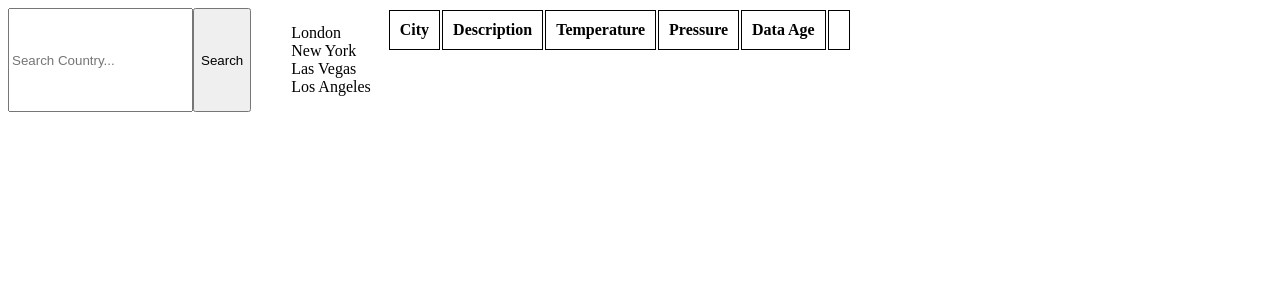
Repository: hey-shubham/WeatherAPI
Page: index.html
These files come from the project's save history. The page is drawn as it stood at one moment and after the next save; the edit follows.
The browser window is 1280 px wide. The pictures show the whole page.

Above is the page before, as saved 2022-03-02 21:50:33.

### index.html
<!DOCTYPE html>
<html>
  <head>
    <title>Weather API</title>
    <link rel="stylesheet" href="./style.css">
  </head>
  <body>
    <input type="text" placeholder="Search Country..."><button>Search</button>
    <ul>
      <li>London</li>
      <li>New York</li>
      <li>Las Vegas</li>
      <li>Los Angeles</li>
    </ul>
    <table>
      <thead>
        <tr>
        <th>City</th>
        <th>Description</th>
        <th>Temperature</th>
        <th>Pressure</th>
        <th>Data Age</th>
        <th></th>
      </tr>
      </thead>
      <tbody></tbody>
    </table>
    <script src="./data.js"></script>
  </body>
</html>

### style.css
body{
    display: flex;
}
table{
    margin-left: 1rem;
}
th,td{
    /* background-color:  red; */
    padding: 10px;
    border: 1px solid black;
}
li{
    list-style: none;
}

### data.js
let url = "https://python3-dot-parul-arena-2.appspot.com/test?cityname=";

const tbody = document.querySelector("tbody");
const table = document.querySelector("table");
const countries = document.querySelectorAll("li");
countries[0].addEventListener("click", () => {
  const newurl = url + "London";
  getData(newurl, "London");
});
countries[1].addEventListener("click", () => {
  const newurl = url + "New York";
  getData(newurl, "New York");
});
countries[2].addEventListener("click", () => {
  const newurl = url + "Las Vegas";
  getData(newurl, "Las Vegas");
});
countries[3].addEventListener("click", () => {
  const newurl = url + "Los Angeles";
  getData(newurl, "Los Angeles");
});

const getData = (newurl, country) => {
  fetch(newurl)
    .then((res) => res.json())
    .then((data) => {
      console.log(data);
      tbody.innerHTML += (
        `<tr>
          <td>${country}</td>
          <td>${data.description}</td>
          <td>${data.temp_in_celsius}</td>
          <td>${data.pressure_in_hPa}</td>
          <td>${data.humidity_in_percent}</td>
          <td onClick="delHandler(this)">Delete</td>
        </tr>`
      );
    });
};

const delHandler= (ref) => {
  let idx = ref.parentNode.rowIndex;
  table.deleteRow(idx);
}

After the next save:
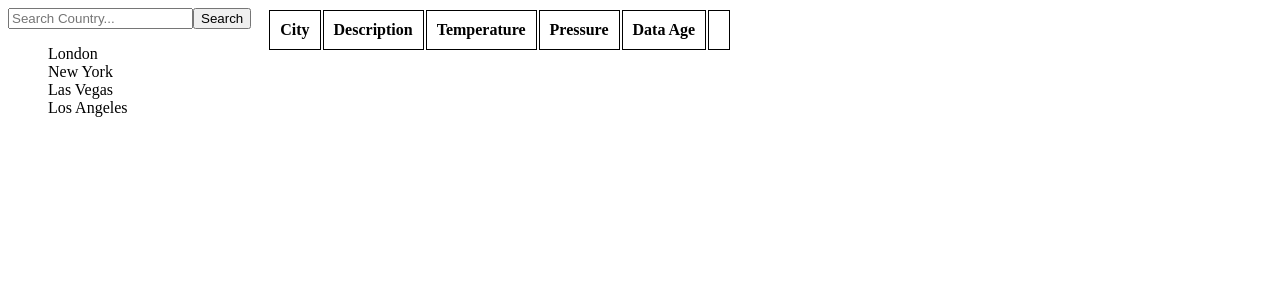
Saved 6 s later.
--- a/index.html
+++ b/index.html
@@ -2,26 +2,30 @@
 <html>
   <head>
     <title>Weather API</title>
-    <link rel="stylesheet" href="./style.css">
+    <link rel="stylesheet" href="./style.css" />
   </head>
   <body>
-    <input type="text" placeholder="Search Country..."><button>Search</button>
-    <ul>
-      <li>London</li>
-      <li>New York</li>
-      <li>Las Vegas</li>
-      <li>Los Angeles</li>
-    </ul>
+    <div>
+      <input type="text" placeholder="Search Country..." /><button>
+        Search
+      </button>
+      <ul>
+        <li>London</li>
+        <li>New York</li>
+        <li>Las Vegas</li>
+        <li>Los Angeles</li>
+      </ul>
+    </div>
     <table>
       <thead>
         <tr>
-        <th>City</th>
-        <th>Description</th>
-        <th>Temperature</th>
-        <th>Pressure</th>
-        <th>Data Age</th>
-        <th></th>
-      </tr>
+          <th>City</th>
+          <th>Description</th>
+          <th>Temperature</th>
+          <th>Pressure</th>
+          <th>Data Age</th>
+          <th></th>
+        </tr>
       </thead>
       <tbody></tbody>
     </table>
